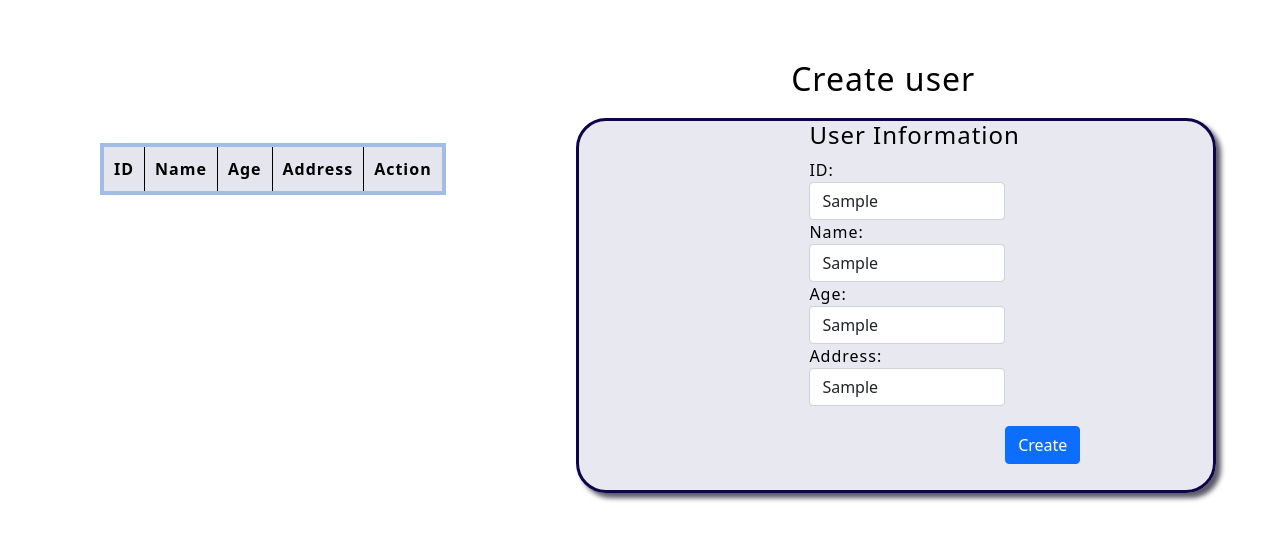
Repository: minhtuan16/JS-Basic
Page: CRUD-Department/user.html
The author's editor kept a copy of each file at every save. The page is drawn from the files as they stood at one save, then again after the next save.
The browser window is 1280 px wide. The pictures show the whole page.
Empty fields were first filled with sample values (such as "Sample", 5 or name@example.com).
After loading, the first visible `#btnSave` was clicked once.

Above is the page before, as saved 2022-06-09 00:03:23.

After the next save:
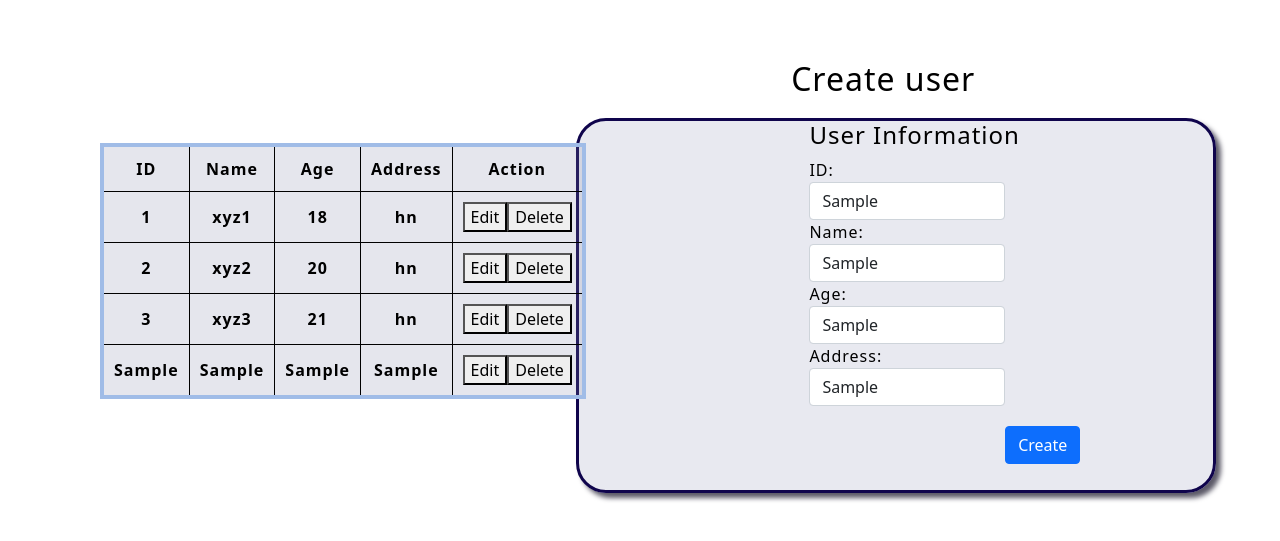
Saved 57 s later.
--- a/CRUD-Department/scripts/user.js
+++ b/CRUD-Department/scripts/user.js
@@ -58,12 +58,12 @@
 
 // resetDrawTable(data)
 function create() {
-    if (id != null && name != null && age != null && address != null) {
+
         var id = document.getElementById("id").value;
         var name = document.getElementById("name").value;
         var age = document.getElementById("age").value;
         var address = document.getElementById("address").value;
-
+    if (id != null && name != null && age != null && address != null) {
         var p = {id: id, name: name, age: age, address: address};
 
         data.push(p);

After the 4 saves that followed:
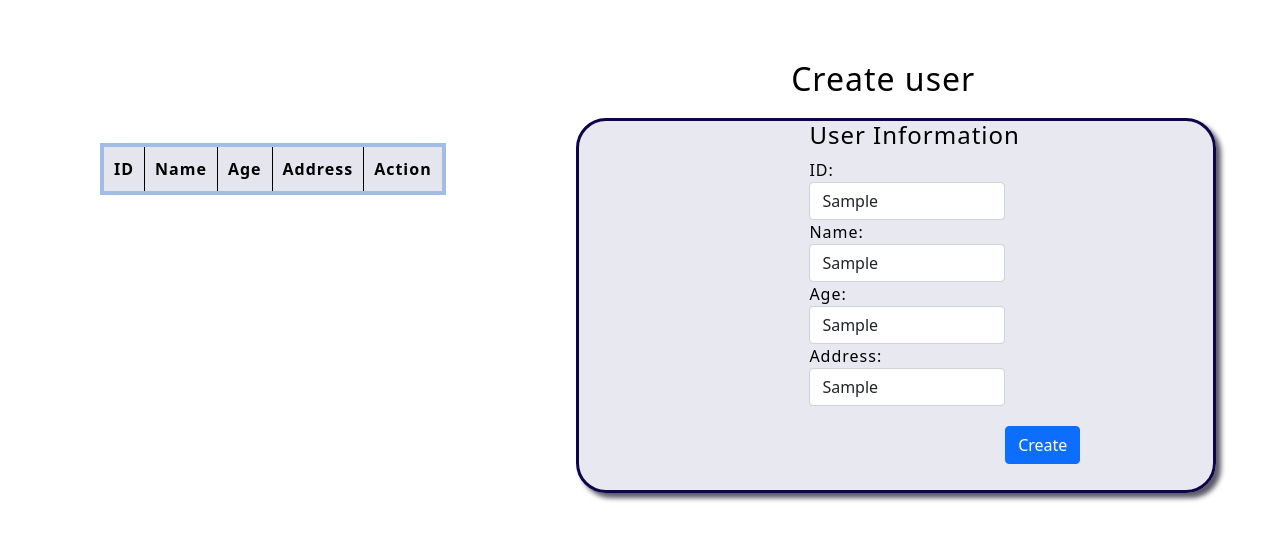
The 4 saves are shown as one change because 3 left the picture as it was.
The last was saved 94 s later.
--- a/CRUD-Department/scripts/user.js
+++ b/CRUD-Department/scripts/user.js
@@ -58,12 +58,18 @@
 
 // resetDrawTable(data)
 function create() {
+    var idIp = document.getElementById("id");
+    var nameIp = document.getElementById("name");
+    var ageIp = document.getElementById("age");
+    var addressIp = document.getElementById("address");
 
-        var id = document.getElementById("id").value;
-        var name = document.getElementById("name").value;
-        var age = document.getElementById("age").value;
-        var address = document.getElementById("address").value;
     if (id != null && name != null && age != null && address != null) {
+    var id = idIp.value;
+    var name = nameIp.value;
+    var age = ageIp.value;
+    var address = addressIp.value;
+
+
         var p = {id: id, name: name, age: age, address: address};
 
         data.push(p);
